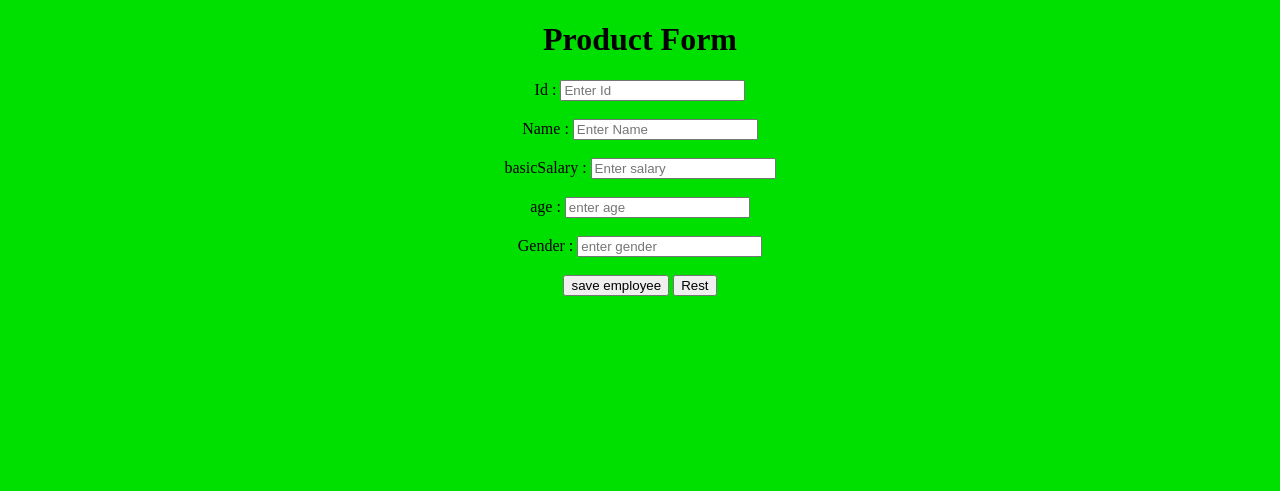
Repository: Ravi-kishor-09/Ravi-projects
Page: http://localhost/add-employee
An editor plug-in stored every save of this project. The page is shown before and after the next save, followed by the edit.
The browser window is 1280 px wide. The pictures show the whole page.
The page is this project's Thymeleaf template; nobody is signed in. The template is opened directly, without the code that normally fills it, so the values that code supplies are empty.

Above is the page before, as saved 2024-12-19 17:44:00.

### employeemanagement/src/main/resources/templates/add-employee.html
<!DOCTYPE html>
<html lang="en">
<head>
    <meta charset="UTF-8">
    <meta name="viewport" content="width=device-width, initial-scale=1.0">
    <title>Document</title>
</head>
<body bgcolor="lite blue"><center>
	<h1>Product Form</h1>
    <form th:action="@{/saveemployee}" method="post">


        <label >Id :</label>
        <input type="number" name="Id" id="Id" placeholder="Enter Id" required>
        <br><br>
        <label>Name :</label>
        <input type="text" name="Name" id="Name" placeholder="Enter Name" required>
        <br><br>
        <label>basicSalary :</label>
        <input type="number" name="basicSalary" id="basicSalary" placeholder="Enter salary" required>
        <br><br>
        <label> age :</label>
        <input type="number" name="age" id="age" placeholder="enter age" required>
        <br><br>
        <label>Gender :</label>
        <input type="text" name="gender" id="gender" placeholder="enter gender" required>
		<br><br>

		        <button type="submit">save employee</button>
				<button type="reset">Rest</button>


    </form>
	</center>

</body>
</html>

After the next save:
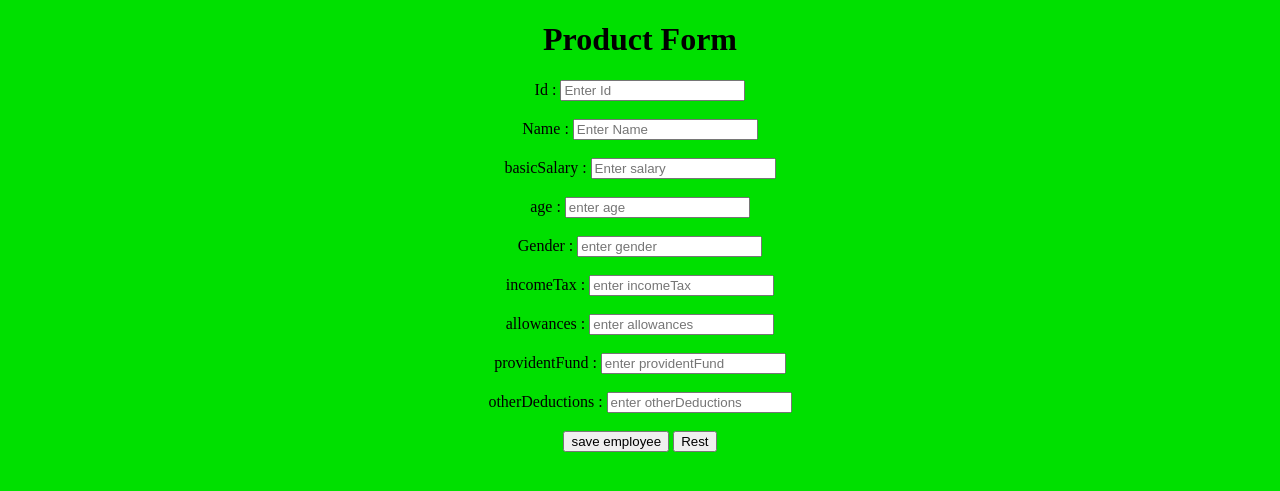
Saved 38 min 16 s later.
--- a/employeemanagement/src/main/resources/templates/add-employee.html
+++ b/employeemanagement/src/main/resources/templates/add-employee.html
@@ -25,6 +25,18 @@
         <label>Gender :</label>
         <input type="text" name="gender" id="gender" placeholder="enter gender" required>
 		<br><br>
+		<label>incomeTax :</label>
+		       <input type="text" name="incomeTax" id="incomeTax" placeholder="enter incomeTax" required>
+			<br><br>
+			<label>allowances :</label>
+			       <input type="text" name="allowances" id="allowances" placeholder="enter allowances" required>
+				<br><br>
+				<label>providentFund :</label>
+				       <input type="text" name="providentFund" id="providentFund" placeholder="enter providentFund" required>
+					<br><br>
+					<label>otherDeductions :</label>
+					       <input type="text" name="otherDeductions" id="otherDeductions" placeholder="enter otherDeductions" required>
+						<br><br>
 
 		        <button type="submit">save employee</button>
 				<button type="reset">Rest</button>
